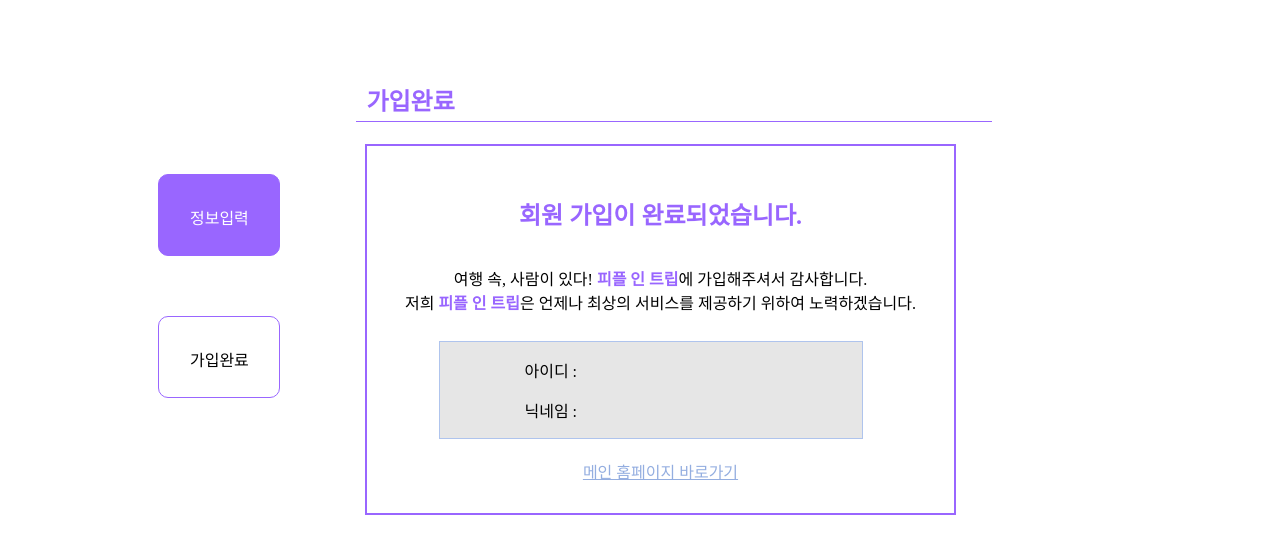
Repository: kimjinmin4535/ezen_loginteam
Page: http://localhost/Ezen_Project/signup/signupcomplete.jsp
These files come from the project's save history. The page is drawn as it stood at one moment and after the next save; the edit follows.
The browser window is 1280 px wide. The pictures show the whole page.
The page is served by Tomcat 9. Other server files are loaded and not shown.

Above is the page before, as saved 2022-07-05 16:04:51.

### Ezen_Project/src/main/webapp/signup/signupcomplete.jsp
<%@ page language="java" contentType="text/html; charset=UTF-8"
    pageEncoding="UTF-8"%>
<!DOCTYPE html>
<html>
<head>
<meta charset="UTF-8">
<title>회원가입 완료</title>
<link rel="stylesheet" href="../resources/css/signup/signup.css" />
</head>
<body>
	<div class="side_content">
		<p id="side_content1">정보입력</p>
		<p id="side_content2">가입완료</p>
	</div>
	<h3>가입완료</h3>
	<div class="signupcomplete_msg">
		<h2>회원 가입이 완료되었습니다.</h2>
		<p>여행 속, 사람이 있다! <strong>피플 인 트립</strong>에 가입해주셔서 감사합니다.<br>
		저희 <strong>피플 인 트립</strong>은 언제나 최상의 서비스를 제공하기 위하여 노력하겠습니다.</p>
		<div class="signupcomplete_information">
			<p>아이디 : </p>
			<p>닉네임 : </p>
		</div>
		<div class="main_home">
			<a href="#">메인 홈페이지 바로가기</a>
		</div>
	</div>
</body>
</html>

### Ezen_Project/src/main/webapp/resources/css/signup/signup.css
@charset "UTF-8";

body {
	display: flex;
	align-items: baseline;
	gap: 32px;
	padding: 48px 0;
}
.signupcomplete_msg {
	flex: 3.5;
	padding: 30px;
	text-align: center;
	border: 2px solid #9966ff;
	margin-right: 25%;
	margin-top: 7%;
}

.side_content {
	flex: 1;
	padding: 24px;
	margin-left: 10%;
}


@media (max-width: 40rem) {
.side_content {
    display: none;
  }
}

.signupcomplete_information {
	border: 1px solid #afc4ed;
	width:80%;
	background-color: #E6E6E6;
	margin-left: 8%;
	margin-top: 5%;
}
.signupcomplete_information > p {
	text-align: left;
	margin-left: 20%;
}

h3 {
	text-align: center;
	position: absolute;
	margin-left: 28%;
	margin-top: 2%;
	color: #9966ff;
	font-size: 24px;
}

h3:after {
  	content: "";
 	display: block;
  	width: 650%;
  	border-bottom: 1px solid #9966ff;
  	margin: 10% 0px;
  	padding: 0px 10% 0px 60%;
	margin: 5% -10% 0px -12%;
}


.signupcomplete_msg > h2 {
	color: #9966ff;
}

.signupcomplete_msg > p > strong {
	color: #9966ff;
}

.signupcomplete_msg > p {
	padding-top: 15px;
}

.main_home > a {
	color: #94aee0;
}

.main_home {
	margin-top: 20px;

}

.side_content > #side_content1 {
	border: 1px solid #9966ff;
	background-color: #9966ff;
	color: white;
	height: 50px;
	width: 120px;
	text-align: center;
	border-radius: 10px;
	padding-top: 30px;
	margin-top: 30px;
}
.side_content > #side_content2 {
	border: 1px solid #9966ff;
	color: black;
	height: 50px;
	width: 120px;
	text-align: center;
	border-radius: 10px;
	padding-top: 30px;
	margin-top: 60px;
}
/* .side_content {
	text-align: left;
	width: 100px;
	position: absolute;
	height:0px;
	padding-left: 330px;
	padding-top: 250px;
	flex: 1;
} */
/*

After the next save:
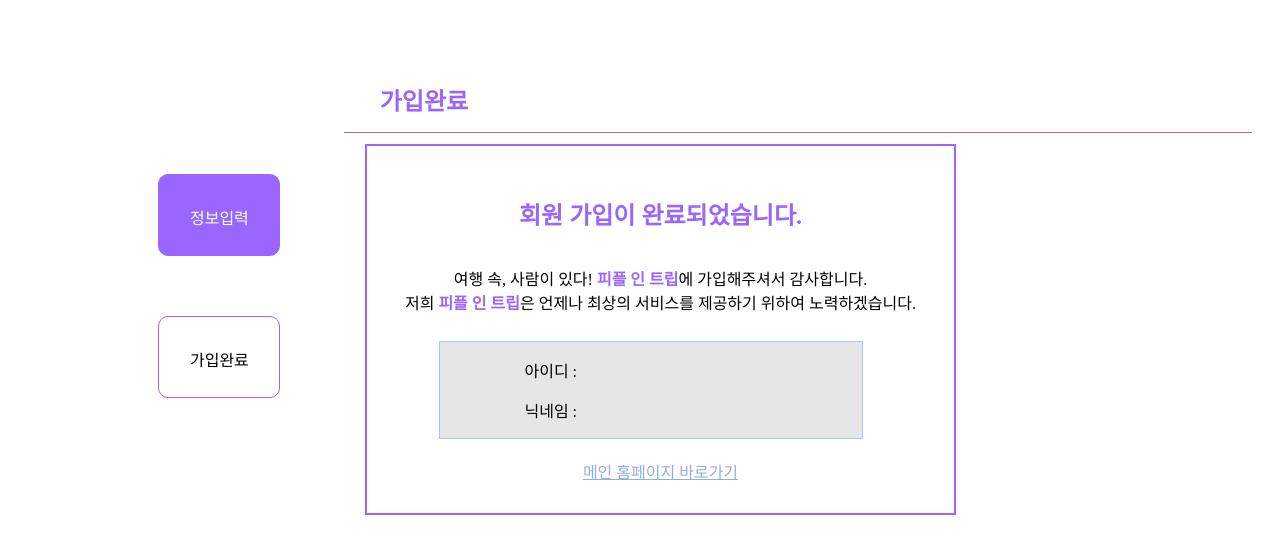
Saved 13 s later.
--- a/Ezen_Project/src/main/webapp/resources/css/signup/signup.css
+++ b/Ezen_Project/src/main/webapp/resources/css/signup/signup.css
@@ -55,8 +55,8 @@
   	width: 650%;
   	border-bottom: 1px solid #9966ff;
   	margin: 10% 0px;
-  	padding: 0px 10% 0px 60%;
-	margin: 5% -10% 0px -12%;
+  	padding: 0px 40px 0px 120px;
+	margin: 15px -23px 0px -22px;
 }
 
 
